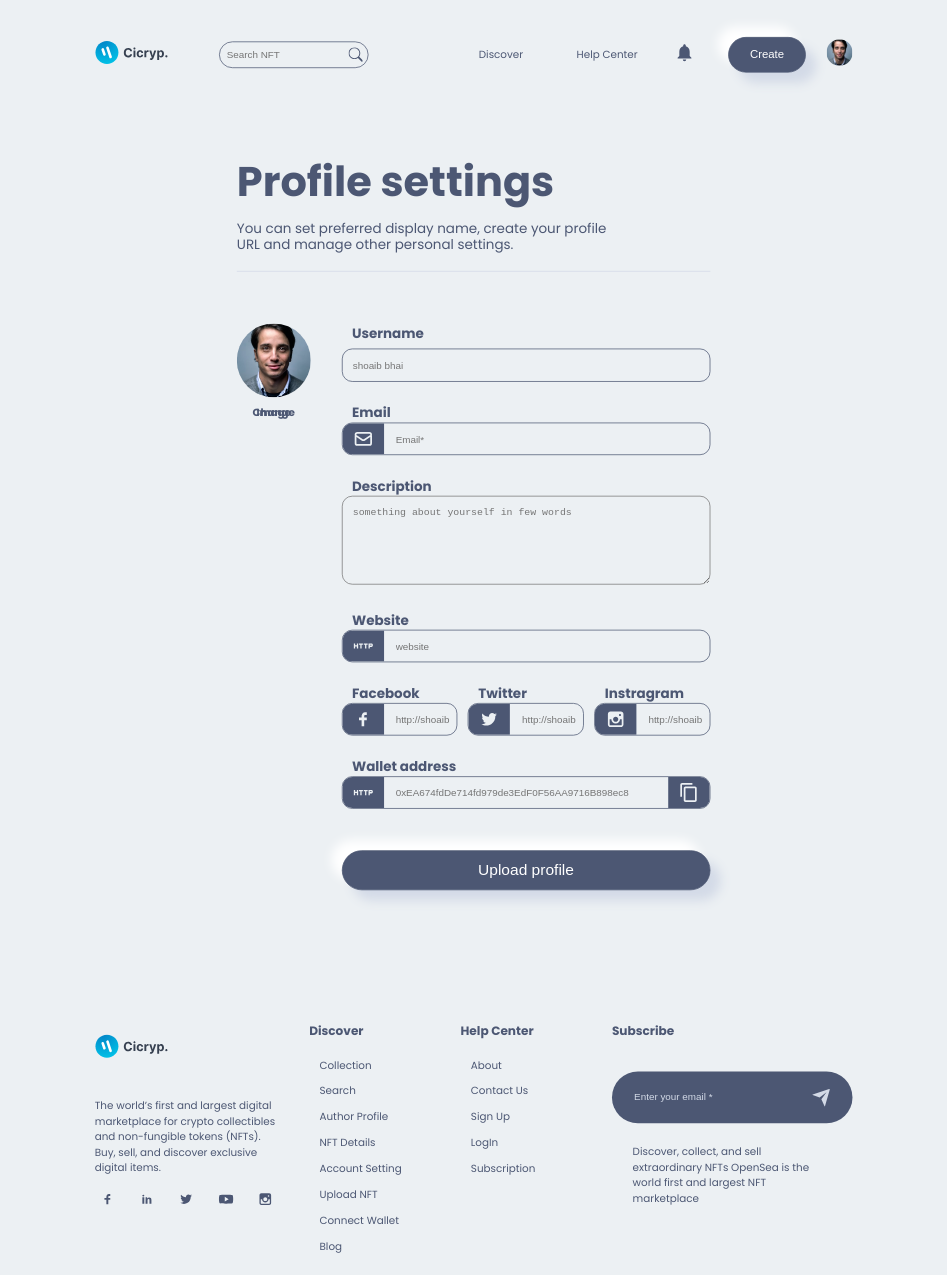
Repository: coderboy-yash/nft-marketplace
Page: /account (app in nftMarketplaceUi/)
These files come from the project's save history. The page is drawn as it stood at one moment and after the next save; the edit follows.
The browser window is 1280 px wide. The pictures show the whole page, at 74% of full size.
The project was rebuilt for these pictures with package versions that can differ from the ones it lists, and the page was loaded fresh each time. The framework's server and built-in components were replaced by stand-ins that run in the browser. Also part of the build but not shown: nftMarketplaceUi/next.config.js, nftMarketplaceUi/components/NavBar/Profile/Profile.module.css, nftMarketplaceUi/components/NavBar/Profile/Profile.jsx, nftMarketplaceUi/components/NavBar/Notification/Notification.module.css, nftMarketplaceUi/components/NavBar/Notification/Notification.jsx, nftMarketplaceUi/components/NavBar/SideBar/SideBar.module.css, nftMarketplaceUi/components/NavBar/SideBar/SideBar.jsx, nftMarketplaceUi/components/HeroSection/HeroSection.module.css and 39 more.

Above is the page before, as saved 2023-06-12 16:56:57.

### nftMarketplaceUi/styles/globals.css

@import url('https://fonts.googleapis.com/css2?family=Poppins:ital,wght@0,100;0,200;0,300;0,400;0,500;0,600;0,700;0,800;0,900;1,100;1,200;1,300;1,400;1,500;1,600;1,700;1,800;1,900&display=swap');

:root{
  --icons-color: #4c5773;
  --icons-light-color: #4c577341;
  --icons-bg-color: #e2e6e9;
  --shadow-dark-color: #d3dae7;
  --bg-shadow-dark-color: #d3dae745;
  --shadow-light-color: #fff;
  --main-bg-color: #ecf0f3;

  --box-shadow: 1rem 1rem 1rem var(--shadow-dark-color),
  -1rem -1rem 1rem var(--shadow-light-color);

  --box-shadow-2: 0rem 0rem 0rem var(--shadow-dark-color),
  -.3rem -.3rem 1rem var(--shadow-dark-color)

}

html,
body {
  padding: 0;
  margin: 0;
  font-family: 'Poppins', sans-serif;
  font-size: 14px;
  background-color: var(--main-bg-color);
  color: var(--icons-color);
}

a {
  color: inherit;
  text-decoration: none;
}

* {
  box-sizing: border-box;
  -webkit-tap-highlight-color: none;
}

::selection{
  color: var(--shadow-dark-color);
  background: var(--icons-color);
}

::-webkit-scrollbar{
  width: 1rem;
  border: 1px solid var(--main-bg-color);
}

::-webkit-scrollbar-track{
  border-radius: 0;
  background-color: var(--main-bg-color);
}

::-webkit-scrollbar-thumb{
  border-radius: 2rem;
  background:  var(--icons-color);
  width: .5rem;
}
@media (prefers-color-scheme: dark) {
  html {
    color-scheme: dark;
  }
  body {
    color: white;
    background: black;
  }
}

### nftMarketplaceUi/styles/account.module.css

.account{
    width: 100%;
    margin-block: 6rem;
}

.account_info{
    width: 50%;
    margin:  0 auto;
    border-bottom: 1px solid var(--shadow-dark-color);
}

.account_info h1{
    font-size: 4rem;
    line-height: .5;
}

.account_info p{
    font-size: 1.3rem;
    width: 80%;
    line-height: 1.2;
    padding-bottom: .5rem;
}

.account_box{
    width: 50%;
    margin:  0 auto;

    display: grid;
    grid-template-columns: 1fr 5fr;
    margin-top: 3rem;
    gap: 3rem;
    align-items: flex-start;
}

.account_box_img{
    margin-top: 2rem;
    cursor: pointer;
    position: relative;
    text-align: center;
}

.account_box_img_img{
    border-radius: 50%;
}

.account_box_img_para{
    font-weight: 700;
    font-size: 1rem;
    line-height: 0;
}

@media screen and (max-width: 35em) {
    .account_info{
        width: 90%;
    }
    .account_info h1{
        font-size: 2rem;
    }

    .account_info p{
        font-size: 1rem;
        width: 100%;
    }
    .account_box{
        width: 90%;
        grid-template-columns: 1fr;
    }
}

@media screen and (min-width: 425px) and (max-width: 768px) {
    .account_info{
        width: 90%;
    }
    .account_info h1{
        font-size: 2rem;
    }

    .account_info p{
        font-size: 1rem;
        width: 100%;
    }
    .account_box{
        width: 90%;
        grid-template-columns: 1fr;
    }
}

### nftMarketplaceUi/components/Footer/Footer.jsx
import React from "react";
import Image from "next/image";
import {
  TiSocialFacebook,
  TiSocialLinkedin,
  TiSocialTwitter,
  TiSocialYoutube,
  TiSocialInstagram,
  TiArrowSortedDown,
  TiArrowSortedUp,
} from "react-icons/ti";
import { RiSendPlaneFill } from "react-icons/ri";

//INTERNAL IMPORT
import Style from "./Footer.module.css";
import images from "../../img";
import { Discover, HelpCenter } from "../NavBar/index";

const Footer = () => {
  return (
    <div className={Style.footer}>
      <div className={Style.footer_box}>
        <div className={Style.footer_box_social}>
          <Image src={images.logo} alt="footer logo" height={100} width={100} />
          <p>
            The world’s first and largest digital marketplace for crypto
            collectibles and non-fungible tokens (NFTs). Buy, sell, and discover
            exclusive digital items.
          </p>

          <div className={Style.footer_social}>
            <a href="#">
              <TiSocialFacebook />
            </a>
            <a href="#">
              <TiSocialLinkedin />
            </a>
            <a href="#">
              <TiSocialTwitter />
            </a>
            <a href="#">
              <TiSocialYoutube />
            </a>
            <a href="#">
              <TiSocialInstagram />
            </a>
          </div>
        </div>

        <div className={Style.footer_box_discover}>
          <h3>Discover</h3>
          <Discover />
        </div>

        <div className={Style.footer_box_help}>
          <h3>Help Center</h3>
          <HelpCenter />
        </div>

        <div className={Style.subscribe}>
          <h3>Subscribe</h3>

          <div className={Style.subscribe_box}>
            <input type="email" placeholder="Enter your email *" />
            <RiSendPlaneFill className={Style.subscribe_box_send} />
          </div>
          <div className={Style.subscribe_box_info}>
            <p>
              Discover, collect, and sell extraordinary NFTs OpenSea is the
              world first and largest NFT marketplace
            </p>
          </div>
        </div>
      </div>
    </div>
  );
};

export default Footer;

### nftMarketplaceUi/components/NavBar/NavBar.jsx
import React, { useState, useEffect, useContext } from "react";
import Image from "next/image";
import Link from "next/link";
//----IMPORT ICON
import { MdNotifications } from "react-icons/md";
import { BsSearch } from "react-icons/bs";
import { CgMenuLeft, CgMenuRight } from "react-icons/cg";
// import from smart contract

import { NFTMarketplaceContext } from "../../Context/NFTMarketplaceContext";

//INTERNAL IMPORT
import Style from "./NavBar.module.css";
import { Discover, HelpCenter, Notification, Profile, SideBar } from "./index";
import { Button } from "../componentsindex";
import images from "../../img";

const NavBar = () => {
  //----USESTATE COMPONNTS
  const [discover, setDiscover] = useState(false);
  const [help, setHelp] = useState(false);
  const [notification, setNotification] = useState(false);
  const [profile, setProfile] = useState(false);
  const [openSideMenu, setOpenSideMenu] = useState(false);

  const openMenu = (e) => {
    const btnText = e.target.innerText;
    if (btnText == "Discover") {
      setDiscover(true);
      setHelp(false);
      setNotification(false);
      setProfile(false);
    } else if (btnText == "Help Center") {
      setDiscover(false);
      setHelp(true);
      setNotification(false);
      setProfile(false);
    } else {
      setDiscover(false);
      setHelp(false);
      setNotification(false);
      setProfile(false);
    }
  };

  const openNotification = () => {
    if (!notification) {
      setNotification(true);
      setDiscover(false);
      setHelp(false);
      setProfile(false);
    } else {
      setNotification(false);
    }
  };

  const openProfile = () => {
    if (!profile) {
      setProfile(true);
      setHelp(false);
      setDiscover(false);
      setNotification(false);
    } else {
      setProfile(false);
    }
  };

  const openSideBar = () => {
    if (!openSideMenu) {
      setOpenSideMenu(true);
    } else {
      setOpenSideMenu(false);
    }
  };
  // smart contract section

  const { currentAccount, connectWallet } = useContext(NFTMarketplaceContext);

  return (
    <div className={Style.navbar}>
      <div className={Style.navbar_container}>
        <div className={Style.navbar_container_left}>
          <div className={Style.logo}>
            <Image
              src={images.logo}
              alt="NFT MARKET PLACE"
              width={100}
              height={100}
            />
          </div>
          <div className={Style.navbar_container_left_box_input}>
            <div className={Style.navbar_container_left_box_input_box}>
              <input type="text" placeholder="Search NFT" />
              <BsSearch onClick={() => {}} className={Style.search_icon} />
            </div>
          </div>
        </div>

        {/* //END OF LEFT SECTION */}
        <div className={Style.navbar_container_right}>
          <div className={Style.navbar_container_right_discover}>
            {/* DISCOVER MENU */}
            <p onClick={(e) => openMenu(e)}>Discover</p>
            {discover && (
              <div className={Style.navbar_container_right_discover_box}>
                <Discover />
              </div>
            )}
          </div>

          {/* HELP CENTER MENU */}
          <div className={Style.navbar_container_right_help}>
            <p onClick={(e) => openMenu(e)}>Help Center</p>
            {help && (
              <div className={Style.navbar_container_right_help_box}>
                <HelpCenter />
              </div>
            )}
          </div>

          {/* NOTIFICATION */}
          <div className={Style.navbar_container_right_notify}>
            <MdNotifications
              className={Style.notify}
              onClick={() => openNotification()}
            />
            {notification && <Notification />}
          </div>

          {/* CREATE BUTTON SECTION */}
          <div className={Style.navbar_container_right_button}>
            {currentAccount == ""}
            <Button btnName="Create" handleClick={() => {}} />
          </div>

          {/* USER PROFILE */}

          <div className={Style.navbar_container_right_profile_box}>
            <div className={Style.navbar_container_right_profile}>
              <Image
                src={images.user1}
                alt="Profile"
                width={40}
                height={40}
                onClick={() => openProfile()}
                className={Style.navbar_container_right_profile}
              />

              {profile && <Profile />}
            </div>
          </div>

          {/* MENU BUTTON */}

          <div className={Style.navbar_container_right_menuBtn}>
            <CgMenuRight
              className={Style.menuIcon}
              onClick={() => openSideBar()}
            />
          </div>
        </div>
      </div>

      {/* SIDBAR CPMPONE/NT */}
      {openSideMenu && (
        <div className={Style.sideBar}>
          <SideBar setOpenSideMenu={setOpenSideMenu} />
        </div>
      )}
    </div>
  );
};

export default NavBar;

### nftMarketplaceUi/AccountPage/Form/Form.module.css


.Form{
    width: 100%;
}

.Form_box_input{
    margin-top: 2rem;
}

.Form_box_input label{
    display: block;
    width: 100%;
    margin-left: 1rem;
    font-weight: 700;
    font-size: 1.3rem;
}

.Form_box_input_userName{
    width: 100%;
    border: 1px solid var(--icons-color);
    padding: 1rem;
    border-radius: 1rem;
    background-color: transparent;
    margin-top: .5rem;
    outline: none;
}

.Form_box_input::placeholder{
    font-size: 1.2rem;
    color: var(--icons-color);
}

.Form_box_input_box{
    width: 100%;
    border: 1px solid var(--icons-color);
    border-radius: 1rem;
    align-items: center;
    display: flex;
    gap: 1rem;
    overflow: hidden;
}

.Form_box_input_box_icon{
    font-size: 2rem;
    background-color: var(--icons-color);
    padding: .5rem 1rem;
    color: var(--main-bg-color);
    display: grid;
    cursor: pointer;
}

.Form_box_input_box input{
    width: 90%;
    border: 0;
    background-color: transparent;
    outline: none;
}

.Form_box_input textarea{
    width: 100%;
    background-color: transparent;
    outline: none;
    border-radius: 1rem;
    padding: 1rem;
}

.Form_box_input_social{
    display: grid;
    grid-template-columns: repeat(3, 1fr);
    gap: 1rem;
}
.Form_box_btn{
    margin: 4rem 0;
}

.button{
    width: 100%;
    display: flex;
    justify-content: center;
    font-size: 1.5rem;
}

@media screen and (max-width: 35em) {
    .Form_box_input_social{
        grid-template-columns: 1fr;
    }
}

@media screen and (min-width: 425px) and (max-width: 768px) {
    .Form_box_input_social{
        grid-template-columns: 1fr 1fr;
    }
}

### nftMarketplaceUi/components/Footer/Footer.module.css

.footer{
    width: 100%;
    padding-block: 1.5rem;
    position: relative;

}

.footer_box{
    width: 80%;
    margin: 0 auto;
    display:  grid;
    grid-template-columns: 1.3fr repeat(2, 1fr) 2fr;
    align-items: flex-start;
    justify-content: space-between;
    gap: 3rem;
}

/* //SOCIAL */
.footer_social{
    display: flex;
    gap: 1.3rem;
    font-size: 1.5rem;
    align-items: center;
}

.footer_social a{
    padding: .5rem;
    border-radius: 50%;
    transition:  all .3s ease-in;
    display: grid;
}

.footer_social a:hover{
    background-color:  var(--icons-color);
    color:  var(--shadow-dark-color);
    box-shadow: var(--box-shadow);
}

.subscribe_box{
    width: 100%;
    display: flex;
    justify-content: space-between;
    align-items: center;
    padding: 1.5rem 2rem;
    background-color:  var(--icons-color);
    color: var(--shadow-dark-color);
    border-radius: 5rem;
    margin-top: 3rem;
}

.subscribe_box input{
    background: transparent;
    border: none;
    outline: none;
    width: 90%;
    color: var(--shadow-dark-color);
}

.subscribe_box input::placeholder{
    color:  var(--shadow-dark-color);
}

.subscribe_box_send{
    cursor: pointer;
    font-size: 2rem;
}

.subscribe_box_info{
    padding: 1rem 2rem;
}

/* //MEDIA QUERY */
@media screen and (max-width: 45em) {
    .footer_box{
        width: 90%;
        grid-template-columns: 1fr 2fr;
    }
}

@media screen and (max-width: 35em) {
    .footer_box{
        width: 90%;
        grid-template-columns: 1fr;
    }
}

### nftMarketplaceUi/components/NavBar/NavBar.module.css

.navbar{
    width: 100%;
    padding-block: 1.5rem;
    position: relative;
    z-index: 111111111;
}

.navbar_container{
    width: 80%;
    margin:  0 auto;

    display:  grid;
    grid-template-columns: repeat(2, 1fr);
    align-items: center;
    justify-content: space-between;
    gap: 1rem;
}

.navbar_container_left{
    display: grid;
    grid-template-columns: 1fr 2fr;
    align-items:  center;
}

.navbar_container_left_box_input_box{
    width: 60%;
    border: 1px solid var(--icons-color);
    display: flex;
    align-items: center;
    padding: .5rem;
    border-radius: 2rem;
}

.navbar_container_left_box_input_box input{
    width: 90%;
    border: none;
    outline: none;
    background-color:  transparent;
}

.search_icon{
    cursor: pointer;
    font-size: 1.4rem;
}

/* //-------RIGHT */

.navbar_container_right{
    display: grid;
    grid-template-columns: 1fr 1fr .5fr 1fr .3fr;
    gap: 1rem;
    align-items: center;
    /* align-self: flex-end; */
}

.navbar_container_right_discover{
    position: relative;
    cursor: pointer;
}
.navbar_container_right_help{
    position: relative;
    cursor: pointer;
}

.navbar_container_right_discover_box,
.navbar_container_right_help_box{
    position: absolute;
    padding: 1rem .5rem;
    box-shadow: var(--box-shadow);
    font-size: 1rem;
    width: 15rem;
    border-radius: 1rem;
    background-color: var(--main-bg-color);
}

.navbar_container_right_notify{
    position: relative;
    cursor: pointer;
}

.notify{
    font-size: 2rem;
}

.navbar_container_right_button{
    position: relative;
    cursor: pointer;
}

.navbar_container_right_profile_box{
    position: relative;
    cursor: pointer;
}

.navbar_container_right_profile{
    border-radius: 50%;
}

.navbar_container_right_menuBtn{
    display: none;
}

.menuIcon{
    font-size: 2.5rem;
    cursor: pointer;
}

/* /////------SIDEBAR */

.sideBar{
    position: fixed;
    top: 0;
    width: 24rem;
    background-color: var(--main-bg-color);
    box-shadow: var(--box-shadow);
    height: 100vh;
    overflow-y: auto;
    display: none;
    z-index: 11111;
}

.sideBar::-webkit-scrollbar{
    display: none;
}

@media screen and (min-device-width: 320px) and (max-device-width: 768px) {
    .navbar_container{
        grid-template-columns: 1fr 1fr;
    }

    .navbar_container_left{
        grid-template-columns: 1fr;
    }

    .navbar_container_right{
        grid-template-columns: repeat(3, 1fr);
    }

    .navbar_container_right_menuBtn{
        display: block;
    }

    .navbar_container_left_box_input_box{
        display: none;
    }
    .navbar_container_right_discover{
        display: none;
    }

    .navbar_container_right_help{
        display: none;
    }

    .navbar_container_right_button{
        display: none;
    }

    .sideBar{
        display: block;
    }
}

### nftMarketplaceUi/components/NavBar/Discover/Discover.jsx
import React from "react";
import Link from "next/link";

//INTERNAL IMPORT
import Style from "./Discover.module.css";

const Discover = () => {
  //--------DISCOVER NAVIGATION MENU
  const discover = [
    {
      name: "Collection",
      link: "collection",
    },
    {
      name: "Search",
      link: "searchPage",
    },
    {
      name: "Author Profile",
      link: "author",
    },
    {
      name: "NFT Details",
      link: "NFT-details",
    },
    {
      name: "Account Setting",
      link: "account",
    },
    {
      name: "Upload NFT",
      link: "uploadNFT",
    },
    {
      name: "Connect Wallet",
      link: "connectWallet",
    },
    {
      name: "Blog",
      link: "blog",
    },
  ];
  return (
    <div>
      {discover.map((el, i) => (
        <div key={i + 1} className={Style.discover}>
          <Link href={{ pathname: `${el.link}` }}>{el.name}</Link>
        </div>
      ))}
    </div>
  );
};

export default Discover;

### nftMarketplaceUi/components/NavBar/HelpCenter/HelpCenter.jsx
import React from "react";
import Link from "next/link";

//INTERNAL IMPORT
import Style from "./HelpCenter.module.css";

const HelpCenter = () => {
  const helpCenter = [
    {
      name: "About",
      link: "aboutus",
    },
    {
      name: "Contact Us",
      link: "contactus",
    },
    {
      name: "Sign Up",
      link: "signUp",
    },
    {
      name: "LogIn",
      link: "login",
    },
    {
      name: "Subscription",
      link: "subscription",
    },
  ];
  return (
    <div className={Style.box}>
      {helpCenter.map((el, i) => (
        <div className={Style.helpCenter}>
          <Link href={{ pathname: `${el.link}` }}>{el.name}</Link>
        </div>
      ))}
    </div>
  );
};

export default HelpCenter;

Loaded but not shown: nftMarketplaceUi/pages/_app.js (common file); nftMarketplaceUi/components/Button/Button.jsx (common file); nftMarketplaceUi/components/Button/Button.module.css (common file); nftMarketplaceUi/components/NavBar/index.js (common file); nftMarketplaceUi/components/NavBar/Discover/Discover.module.css (common file); nftMarketplaceUi/components/NavBar/HelpCenter/HelpCenter.module.css (common file); nftMarketplaceUi/Context/NFTMarketplace.json (616 lines, source omitted); nftMarketplaceUi/Context/NFTMarketplaceContext.js (228 lines, source omitted); nftMarketplaceUi/img/index.js (113 lines, source omitted); nftMarketplaceUi/pages/account.js (53 lines, source omitted); nftMarketplaceUi/components/componentsindex.js (39 lines, source omitted); nftMarketplaceUi/Context/Constants.js (6 lines, source omitted); nftMarketplaceUi/AccountPage/Form/Form.jsx (119 lines, source omitted)

After the next save:
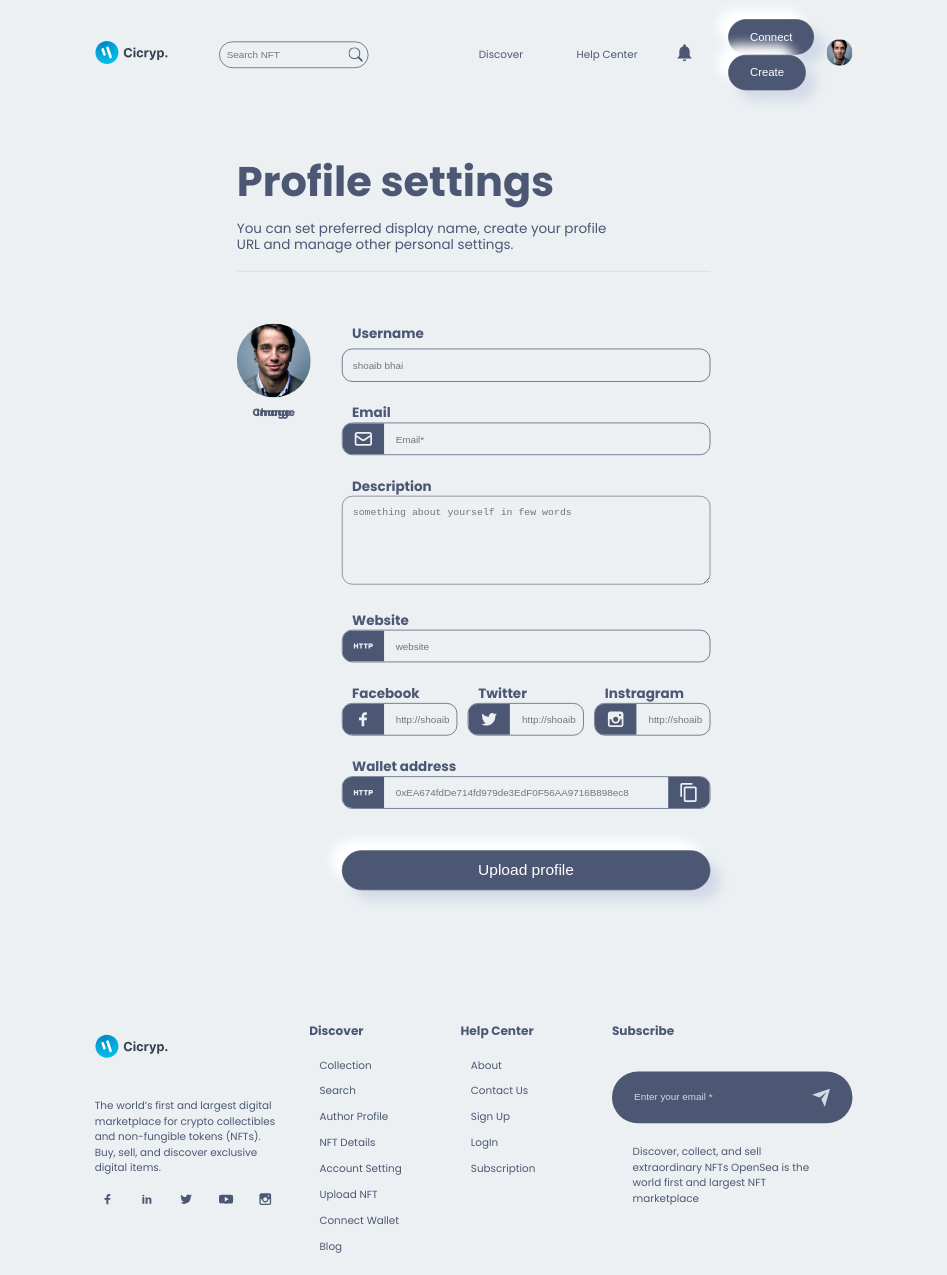
Saved 4 min 48 s later.
--- a/nftMarketplaceUi/components/NavBar/NavBar.jsx
+++ b/nftMarketplaceUi/components/NavBar/NavBar.jsx
@@ -129,7 +129,16 @@ const NavBar = () => {
 
           {/* CREATE BUTTON SECTION */}
           <div className={Style.navbar_container_right_button}>
-            {currentAccount == ""}
+            {currentAccount == "" ? (
+              <Button
+                btnName="Connect"
+                handleClick={() => connectWallet()}
+              ></Button>
+            ) : (
+              <Link href={{ pathname: "/" }}>
+                <Button btnName="Create"></Button>
+              </Link>
+            )}
             <Button btnName="Create" handleClick={() => {}} />
           </div>
 
